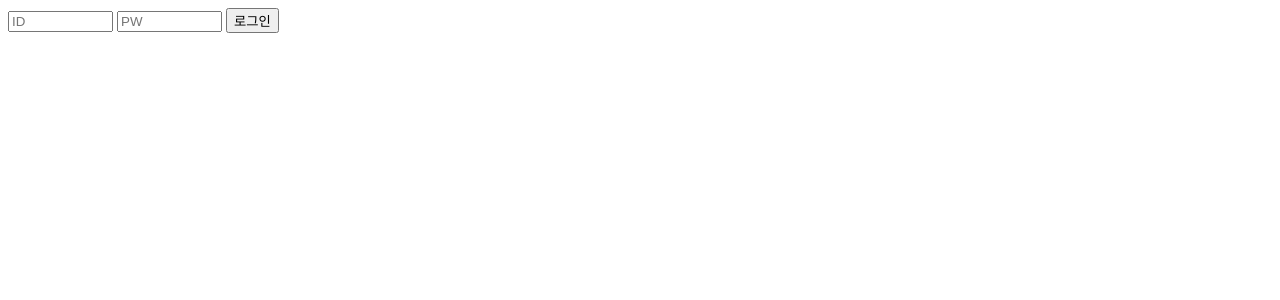
Repository: kitae1995/jsp-pratice
Page: http://localhost/JspBasic/cookie/cookie_login.jsp
An editor plug-in stored every save of this project. The page is shown before and after the next save, followed by the edit.
The browser window is 1280 px wide. The pictures show the whole page.
The page is served by Tomcat 9.

Above is the page before, as saved 2023-09-12 09:15:43.

After the next save:
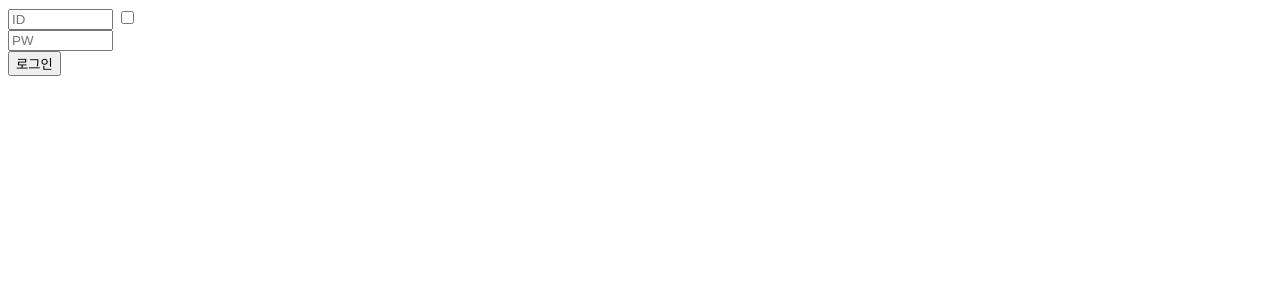
Saved 16 h 2 min later.
--- a/JspBasic/src/main/webapp/cookie/cookie_login.jsp
+++ b/JspBasic/src/main/webapp/cookie/cookie_login.jsp
@@ -10,7 +10,9 @@
 
 	<form action="/JspBasic/cookie/login" method="post">
 		<input type="text" name="id" size="10" placeholder="ID">
-		<input type="password" name="pw" size="10" placeholder="PW">
+		<input type="checkbox" name="rememberId">
+		<br>
+		<input type="password" name="pw" size="10" placeholder="PW"><br>
 		<input type="submit" value="로그인">
 	</form>
 
